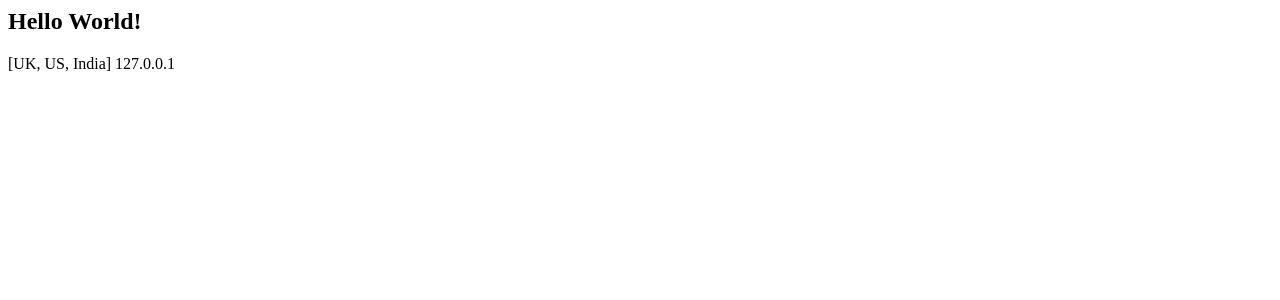
Repository: Bindu2296/allProjects
Page: http://localhost/JspConstructEx/include.jsp
These files come from the project's save history. The page is drawn as it stood at one moment and after the next save; the edit follows.
The browser window is 1280 px wide. The pictures show the whole page.
The page is served by Tomcat 9.

Above is the page before, as saved 2019-03-26 09:43:03.

After the next save:
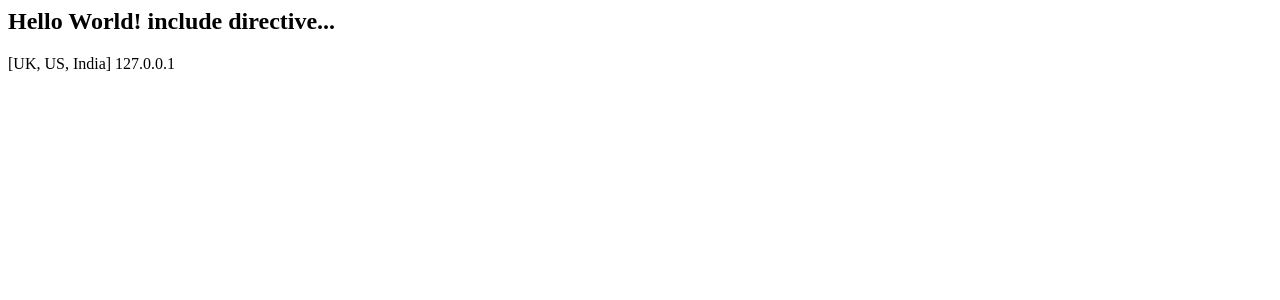
Saved 30 s later.
--- a/JspConstructEx/src/main/webapp/include.jsp
+++ b/JspConstructEx/src/main/webapp/include.jsp
@@ -2,7 +2,7 @@
 <html>
 <%@ include file="header.jsp" %>
 <body>
-<h2>Hello World!</h2>
+<h2>Hello World! include directive...</h2>
 
 <!-- Declerations -->
 <%
